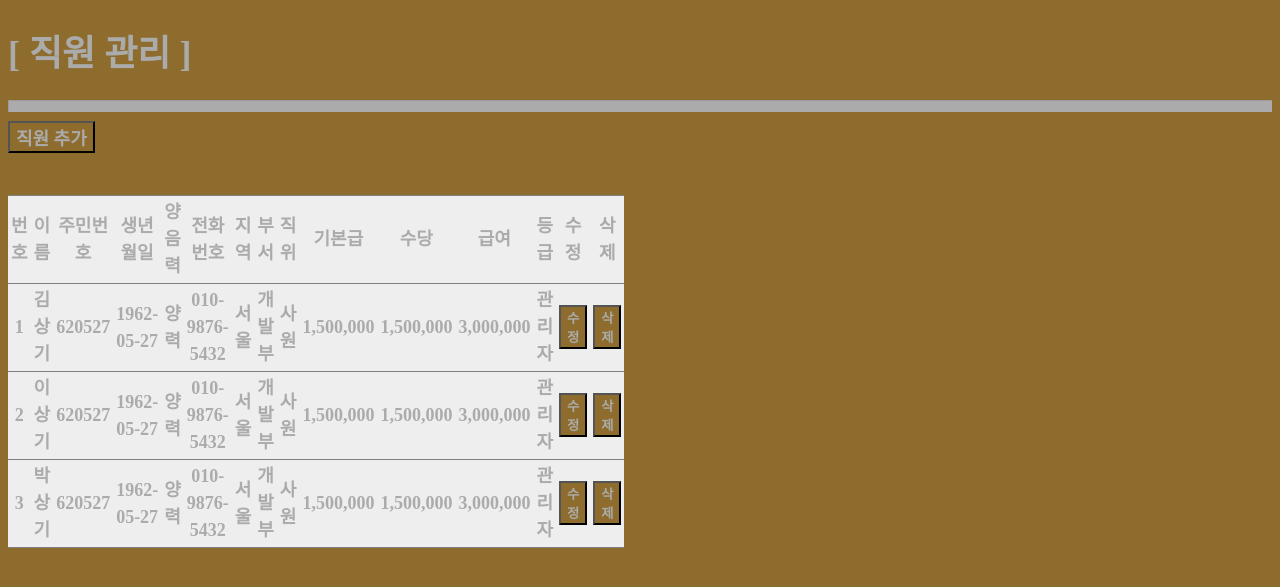
Repository: Umkimisstrong/UM_SpringMVCStudy
Page: http://localhost/mvc04/EmployeeList.jsp
These files come from the project's save history. The page is drawn as it stood at one moment and after the next save; the edit follows.
The browser window is 1280 px wide. The pictures show the whole page.
The page is served by Tomcat 9.

Above is the page before, as saved 2022-05-27 01:33:49.

### mvc04/WebContent/EmployeeList.jsp
<%@ page contentType="text/html; charset=UTF-8"%>
<%@ taglib prefix="c" uri="http://java.sun.com/jsp/jstl/core"%>
<%
	request.setCharacterEncoding("UTF-8");
	String cp = request.getContextPath();
%>
<!DOCTYPE html>
<html>
<head>
<meta charset="UTF-8">
<title>EmployeeList.jsp</title>
<link rel="stylesheet" type="text/css" href="css/main.css">
</head>
<body>

<!---------------------------------------------------
	#15 EmployeeList.jsp
	- 직원 리스트 출력 페이지
	- 관리자가 접근하는 직원 데이터 출력 페이지
	  (일반 직원이 접근하는 직원 데이터 출력페이지는
	   EmpList.jsp로 구성 예정)
 ---------------------------------------------------->
<div>
	<!-- 메뉴 영역 -->
	<div>
	</div>

	<!-- 콘텐츠 영역 -->
	<div id="content">
		<h1>[ 직원 관리 ]</h1>
		<hr />

		<div>
			<form action="">
				<input type="button" value="직원 추가" class="btn" onclick="" />
			</form>
		</div>
		<br />
		<br />
	<!-- ---------------------------------------------------
	EMPLOYEEID NAME SSN BIRTHDAY LUNAR LUNARNAME TELEPHONE
	DEPARTMENTID DEPARTMENTNAME POSITIONID POSITIONNAME
	REGIONID REGIONNAME BASICPAY EXTRAPAY PAY GRADE
	----------------------------------------------------  -->
	<table id="customers" class="table">
		<tr>
			<!-- 항목 15EA -->
			<th>번호</th>
			<th>이름</th>
			<th>주민번호</th>
			<th>생년월일</th>
			<th>양음력</th>
			<th>전화번호</th>
			<th>지역</th>
			<th>부서</th>
			<th>직위</th>
			<th>기본급</th>
			<th>수당</th>
			<th>급여</th>
			<th>등급</th>
			<th>수정</th>
			<th>삭제</th>
		</tr>

		<tr>
			<th>1</th>
			<th>김상기</th>
			<th>620527</th>
			<th>1962-05-27</th>
			<th>양력</th>
			<th>010-9876-5432</th>
			<th>서울</th>
			<th>개발부</th>
			<th>사원</th>
			<th>1,500,000</th>
			<th>1,500,000</th>
			<th>3,000,000</th>
			<th>관리자</th>
			<th><button type="button" class="btn">수정</button></th>
			<th><button type="button" class="btn">삭제</button></th>
		</tr>

		<tr>
			<th>2</th>
			<th>이상기</th>
			<th>620527</th>
			<th>1962-05-27</th>
			<th>양력</th>
			<th>010-9876-5432</th>
			<th>서울</th>
			<th>개발부</th>
			<th>사원</th>
			<th>1,500,000</th>
			<th>1,500,000</th>
			<th>3,000,000</th>
			<th>관리자</th>
			<th><button type="button" class="btn">수정</button></th>
			<th><button type="button" class="btn">삭제</button></th>
		</tr>

		<tr>
			<th>3</th>
			<th>박상기</th>
			<th>620527</th>
			<th>1962-05-27</th>
			<th>양력</th>
			<th>010-9876-5432</th>
			<th>서울</th>
			<th>개발부</th>
			<th>사원</th>
			<th>1,500,000</th>
			<th>1,500,000</th>
			<th>3,000,000</th>
			<th>관리자</th>
			<th><button type="button" class="btn">수정</button></th>
			<th><button type="button" class="btn">삭제</button></th>
		</tr>


	</table>



	</div>

	<!-- 회사 소개 및 어플리케이션 소개 영역 -->
	<div id="footer">

	</div>






</div>





</body>
</html>

### mvc04/WebContent/css/main.css
@charset "UTF-8";

*
{
	background-color: #8d6c2e;
	font-family: 나눔고딕코딩;
	color: #ababab;
	font-weight: bold;
}
hr
{
	background-color: #ababab;
	height: 10px;
	border-bottom-color: #ababab;
	border-right-color: #ababab;
}
body, p, div, span, input, table, th, td, select
{
	font-size: 18px;
	font-weight: bold;
}
.txt
{
	font-weight: bold;
	background-color: #408080;
	width:150px;
}
.txt:focus
{
	font-weight: bold;
	background-color: #948716;
	width:150px;
}

.control
{
	border: 1px solid grey;
	border-radius: 3px;
	font-weight: bold;
}

.table
{
	border-collapse: collapse;
	width: 250px;
	font-weight: bold;
}

.table th, .table td
{
	border: 1px solid grey;
	border-left: 1px;
	border-right: 1px;
	padding: 3px;
	line-height: 150%;
	font-weight: bold;
}
.table td
{
	background-color: gray;
	font-weight: bold;
}
.table th
{
	font-weight: bold;
	background-color: #EEE;
}
.btn
{
	background-color: #8d6c2e;
}

.btn01
{
	font-weight: bold;
	width: 80px;
	color: blue;
	background-color: gray;

}
.btn02
{
	font-weight: bold;
	width: 80px;
	color: red;
	background-color: gray;
}

.btn:hover
{
	font-weight: bold;
	color: white;
	background-color: tomato;
}

### mvc04/WebContent/css/menuStyle.css
@charset "UTF-8";

/* ========================
    #14. menuStyle.css
    - 메뉴스타일 구성
======================== */

ul
{
	list-style-type: none;
	margin: 0;
	padding: 0;
	overflow: hidden;
}

li
{
	width: 20%;
	float: left;
}

a.menu:link, a.menu:visited
{
	display: block;
	font-weight: bold;
	color: #ffffff;
	background-color: #008000;
	text-align: center;
	padding: 4px;
	text-decoration: none;
	text-transform: uppercase;
	height: 30px;
	font-size: 14pt;
}

a.menu:hover, a.menu:active
{
	background-color: #ffffff;
	color: #008000;
	border: 2px solid #008000;
	border-radius: 5px;
	height: 26px;
}

After the next save:
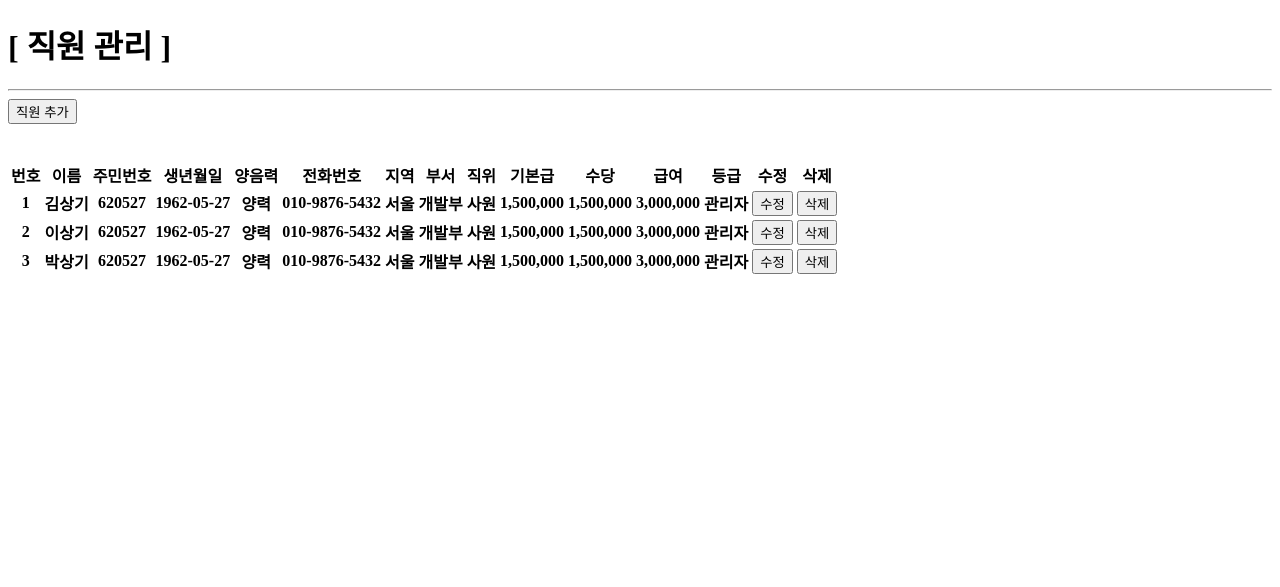
Saved 52 s later.
--- a/mvc04/WebContent/EmployeeList.jsp
+++ b/mvc04/WebContent/EmployeeList.jsp
@@ -9,7 +9,7 @@
 <head>
 <meta charset="UTF-8">
 <title>EmployeeList.jsp</title>
-<link rel="stylesheet" type="text/css" href="css/main.css">
+<link rel="stylesheet" type="text/css" href="<%=cp %>/css/menustyle.css">
 </head>
 <body>
 
